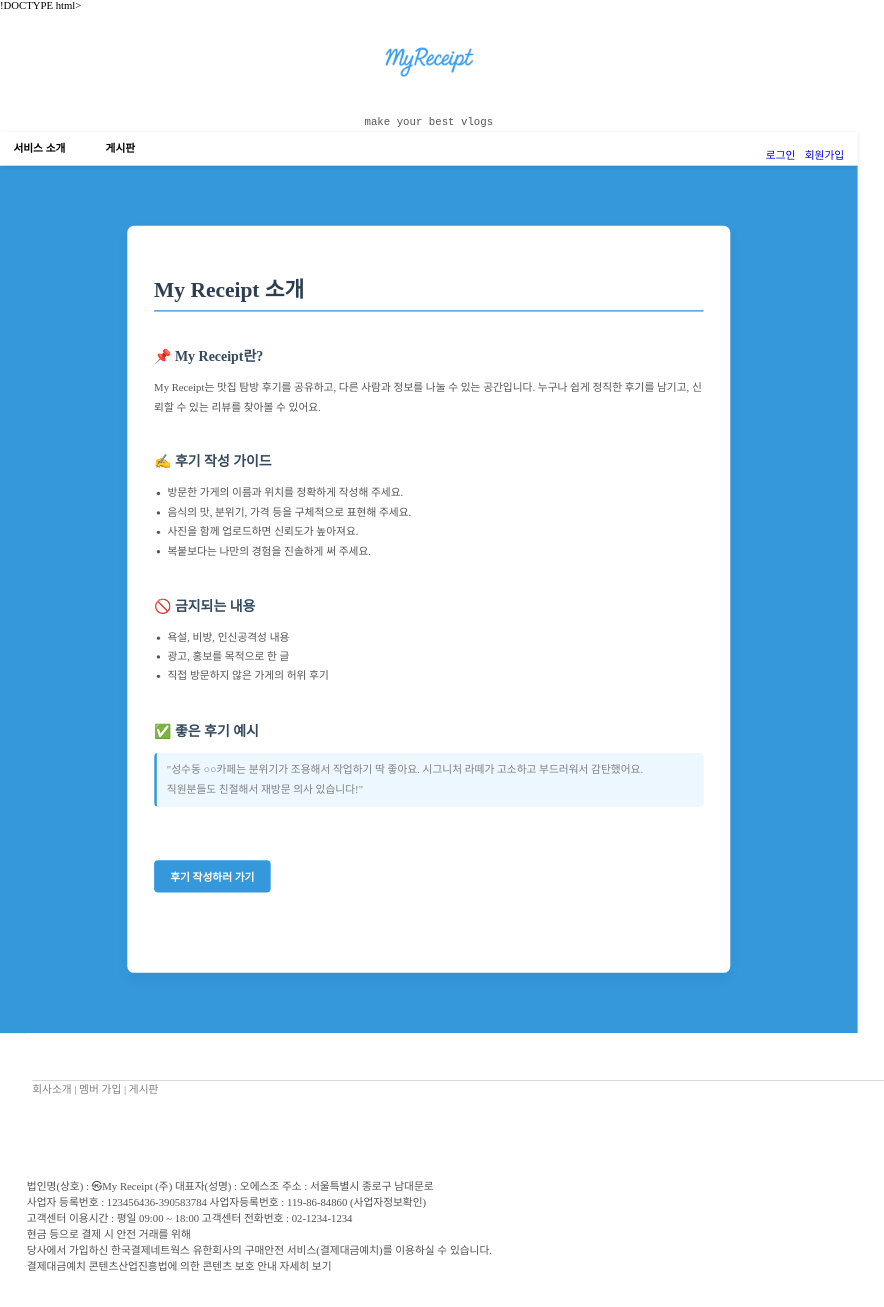
Repository: shong69/mini-project
Page: http://localhost/myReceipt2/intro
These files come from the project's save history. The page is drawn as it stood at one moment and after the next save; the edit follows.
The browser window is 1280 px wide. The page is 1320 px wide, so the pictures cover 1320 px, including what lies to the right of the window. The pictures show the whole page, at 67% of full size.
Some web fonts or font styles are not loaded; a fallback is used. The page is served by Tomcat 10.

Above is the page before, as saved 2025-05-06 17:10:33.

After the next save:
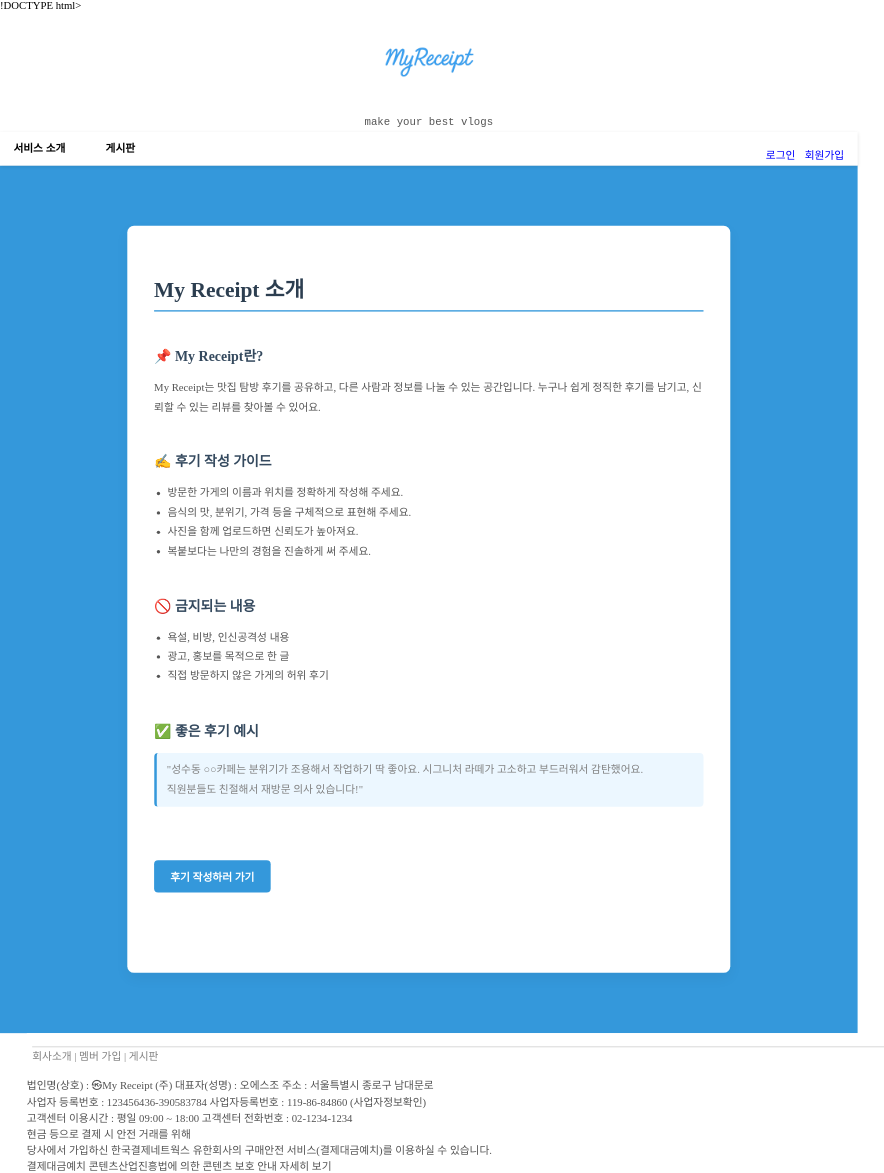
Saved 97 s later.
--- a/jspProject/myReceipt2/src/main/webapp/WEB-INF/views/intro.jsp
+++ b/jspProject/myReceipt2/src/main/webapp/WEB-INF/views/intro.jsp
@@ -33,7 +33,7 @@
     margin-top: 30px;
     margin-bottom: 20px;
   }
-  section{
+  main section{
   	margin : 50px 0;
   }
   p, li {
